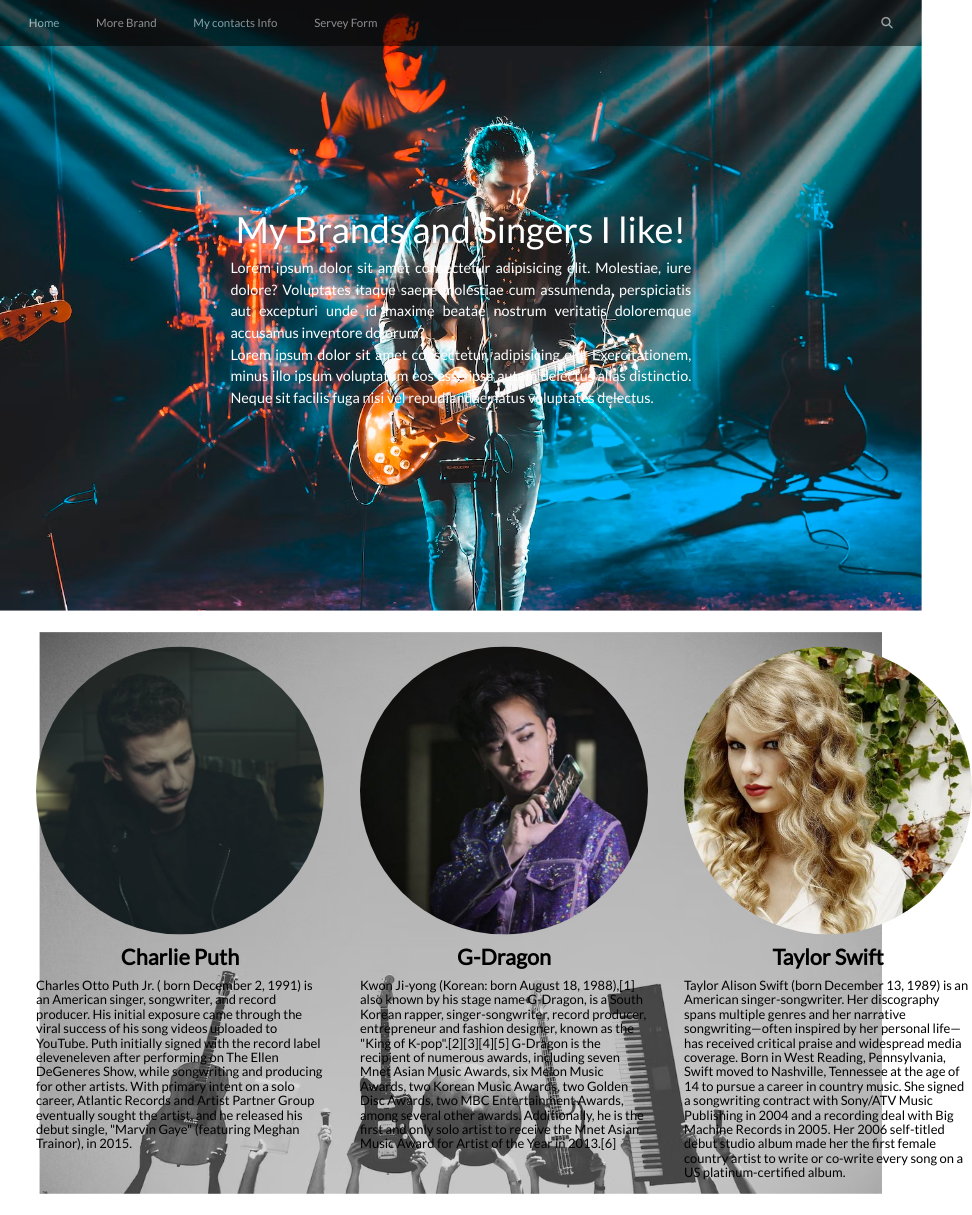
Repository: MinChea36/asm
Page: ASSM1.html
An editor plug-in stored every save of this project. The page is shown before and after the next save, followed by the edit.
The browser window is 1280 px wide. The page is 1350 px wide, so the pictures cover 1350 px, including what lies to the right of the window. The pictures show the whole page, at 72% of full size.

Above is the page before, as saved 2022-09-22 22:48:43.

### ASSM1.html
<!DOCTYPE html>
<html lang="en">
<head>
    <meta charset="UTF-8">
    <meta http-equiv="X-UA-Compatible" content="IE=edge">
    <meta name="viewport" content="width=device-width, initial-scale=1.0">
    <link rel="stylesheet" href="./resetcss.css">
    <link rel="stylesheet" href="./style.css">
    <link rel="stylesheet" href="https://cdnjs.cloudflare.com/ajax/libs/font-awesome/6.2.0/css/all.min.css">
    <link rel="stylesheet" href="https://fonts.googleapis.com/css?family=Lato">
    <title>AssignMent 1</title>
</head>
<body>
    <div class="top-menu">
        <div class="menu">
            <a href="#1">Home</a> |
            <a href="#2">More Brand</a> |
            <a href="#3">My contacts Info</a> |
            <a href="#4">Servey Form</a> |
        </div>
        <div class="search">
            <i class="fa-solid fa-magnifying-glass"></i>
        </div>
    </div>
    <div class="brand-singer">
        <img src="./photo-1598387993441-a364f854c3e1.avif" width="100%" alt="">
        <div class="brand-singer-in-img">
        <h2>My Brands and Singers I like!</h2>
        <p>Lorem ipsum dolor sit amet consectetur adipisicing elit. Molestiae, iure dolore? Voluptates itaque saepe molestiae cum assumenda, perspiciatis aut excepturi unde id maxime beatae nostrum veritatis doloremque accusamus inventore dolorum?<br>
            Lorem ipsum dolor sit amet consectetur, adipisicing elit. Exercitationem, minus illo ipsum voluptatum eos esse ipsa autem delectus alias distinctio. Neque sit facilis fuga nisi vel repudiandae natus voluptates delectus.
        </p>
        </div>
    </div>
    <div class="singers-like">
        <div class="row">
            <div class="card-img">
               <img src="./643a87-Charlie-Puth-Claims-Hes-Done-Writing-Love-Ballads-And-Is-Bring-His-Dark-Thoughts-To-His-New-Album-feature.webp" alt="">
            </div>
            <div class="singers-text">
            <h2>Charlie Puth</h2>
            <p>Charles Otto Puth Jr. ( born December 2, 1991) is an American singer, songwriter, and record producer. His initial exposure came through the viral success of his song videos uploaded to YouTube. Puth initially signed with the record label eleveneleven after performing on The Ellen DeGeneres Show, while songwriting and producing for other artists. With primary intent on a solo career, Atlantic Records and Artist Partner Group eventually sought the artist, and he released his debut single, "Marvin Gaye" (featuring Meghan Trainor), in 2015.</p>
            </div>
        </div>
        <div class="row">
            <div class="card-img">
               <img src="/G-Dragon-elle-man-1.jpg" alt="">
            </div>
            <div class="singers-text">
            <h2>G-Dragon</h2>
            <p>Kwon Ji-yong (Korean: born August 18, 1988),[1] also known by his stage name G-Dragon, is a South Korean rapper, singer-songwriter, record producer, entrepreneur and fashion designer, known as the "King of K-pop".[2][3][4][5] G-Dragon is the recipient of numerous awards, including seven Mnet Asian Music Awards, six Melon Music Awards, two Korean Music Awards, two Golden Disc Awards, two MBC Entertainment Awards, among several other awards. Additionally, he is the first and only solo artist to receive the Mnet Asian Music Award for Artist of the Year in 2013.[6]</p>
            </div>
        </div>
        <div class="row">
            <div class="card-img">
               <img src="images814767taylorsw-c29a.jpg" alt="">
            </div>
            <div class="singers-text">
            <h2>Taylor Swift</h2>
            <p>Taylor Alison Swift (born December 13, 1989) is an American singer-songwriter. Her discography spans multiple genres and her narrative songwriting—often inspired by her personal life—has received critical praise and widespread media coverage. Born in West Reading, Pennsylvania, Swift moved to Nashville, Tennessee at the age of 14 to pursue a career in country music. She signed a songwriting contract with Sony/ATV Music Publishing in 2004 and a recording deal with Big Machine Records in 2005. Her 2006 self-titled debut studio album made her the first female country artist to write or co-write every song on a US platinum-certified album.</p>
        </div>
        </div>
    </div>


</body>
</html>

### resetcss.css
*,
*::before,
*::after {
  box-sizing: border-box;
}
* {
  margin: 0;
  padding: 0;
  font: inherit;
}
body {
  line-height: 1.5;
}
img,
picture,
video,
canvas,
svg {
  display: block;
  max-width: 100%;
}
input,
button,
textarea,
select {
  outline: none;
}
p,
h1,
h2,
h3,
h4,
h5,
h6 {
  overflow-wrap: break-word;
}

### style.css
body {
    padding: 0;
    margin: 0;
    font-family: "Lato", sans-serif;
}
.top-menu {
    display: flex;
    justify-content: space-between;
    background-color: black;
    padding: 20px;
    position: fixed;
    top: 0;
    left: 0;
    z-index: 2;
    right: 0;
    opacity: 0.5;
}
.menu a{
    color: white;
    text-decoration: none;
    padding: 0 20px;
}
.menu a:hover {
    color: red;
}
.search i {
    color: white;
    padding-right: 20px;
}
.brand-singer {
    position: relative;
}
.brand-singer-in-img {
    position: absolute;
    top: 50%;
    left: 50%;
    transform: translate(-50%, -50%);
    color: white;
    text-align: center;
}
.brand-singer h2 {
    font-size: 50px;
}
.brand-singer p {
    text-align: justify;
    font-size: 20px;
}
.singers-like {
    display: grid;
    grid-template-columns: repeat(3,1fr);
    grid-column-gap: 50px;
    padding: 50px 50px;
    line-height: 20px;
    background-image: url(./photo-1445375011782-2384686778a0.avif);
    background-repeat: no-repeat;
    object-fit: cover;
    background-position: center;
    width: 100%;
}
.singers-text h2 {
    margin-top: 20px;
    margin-bottom: 20px;
    text-align: center;
    font-size: 30px;
    font-weight: bold;
}
.singers-text p {
    font-size: 18px;
}
.card-img {
    border-radius: 50%;
    width: 400px;
    height: 400px;
    overflow: hidden;
    margin: 0 auto;
}
.card-img img{
    width: 100%;
    height: 100%;
    object-fit: cover;
}

After the next save:
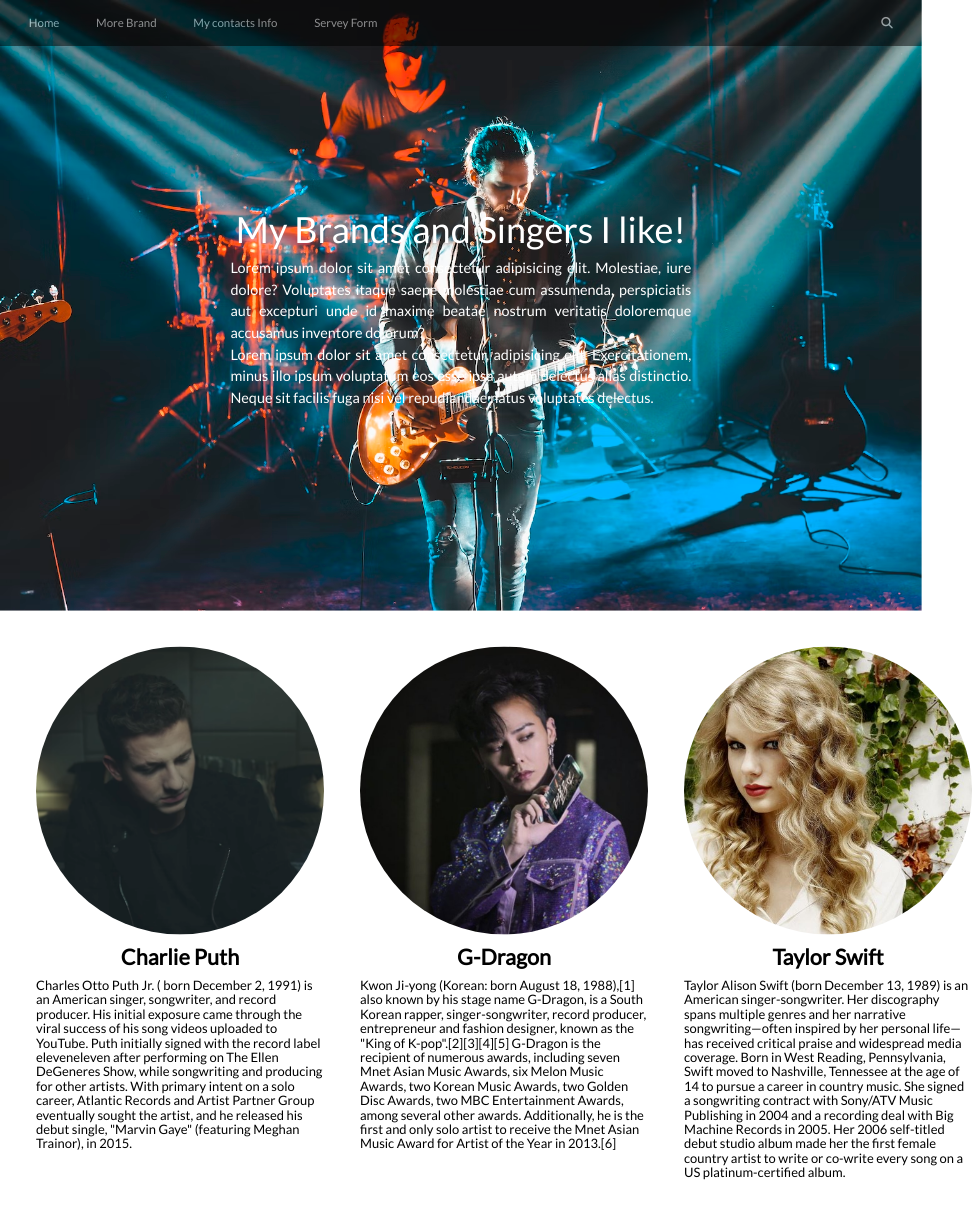
Saved 9 s later.
--- a/style.css
+++ b/style.css
@@ -51,11 +51,6 @@
     grid-column-gap: 50px;
     padding: 50px 50px;
     line-height: 20px;
-    background-image: url(./photo-1445375011782-2384686778a0.avif);
-    background-repeat: no-repeat;
-    object-fit: cover;
-    background-position: center;
-    width: 100%;
 }
 .singers-text h2 {
     margin-top: 20px;
